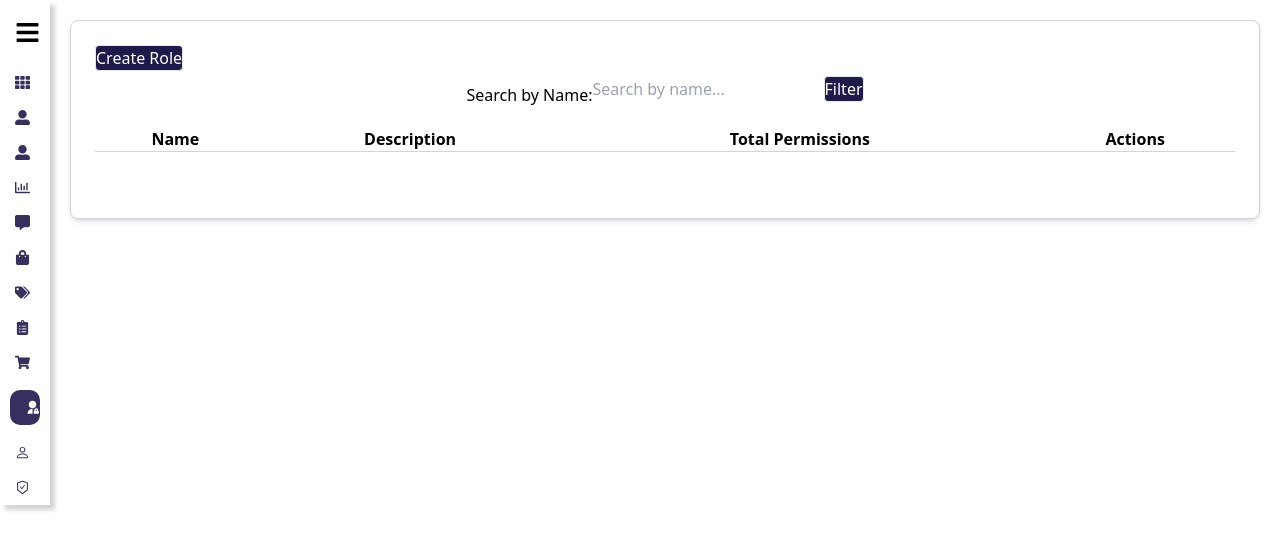
Repository: Andarg01/Admin
Page: /roles
The author's editor kept a copy of each file at every save. The page is drawn from the files as they stood at one save, then again after the next save.
The browser window is 1280 px wide. The pictures show the whole page.
The page's requests for data from a server got no answer. The project was rebuilt for these pictures with package versions that can differ from the ones it lists, and the page was loaded fresh each time. No one was signed in, and anything a server would have sent is missing. Also part of the build but not shown: src/styles/analytics.css, src/pages/Analytics.tsx, src/pages/Dashboard.tsx, src/styles/productList.css, src/components/OrderModal.tsx, src/components/OrderTable.tsx, src/pages/Orders.tsx, src/components/CategoryModal.tsx and 16 more.

Above is the page before, as saved 2024-02-29 21:53:12.

After the next save:
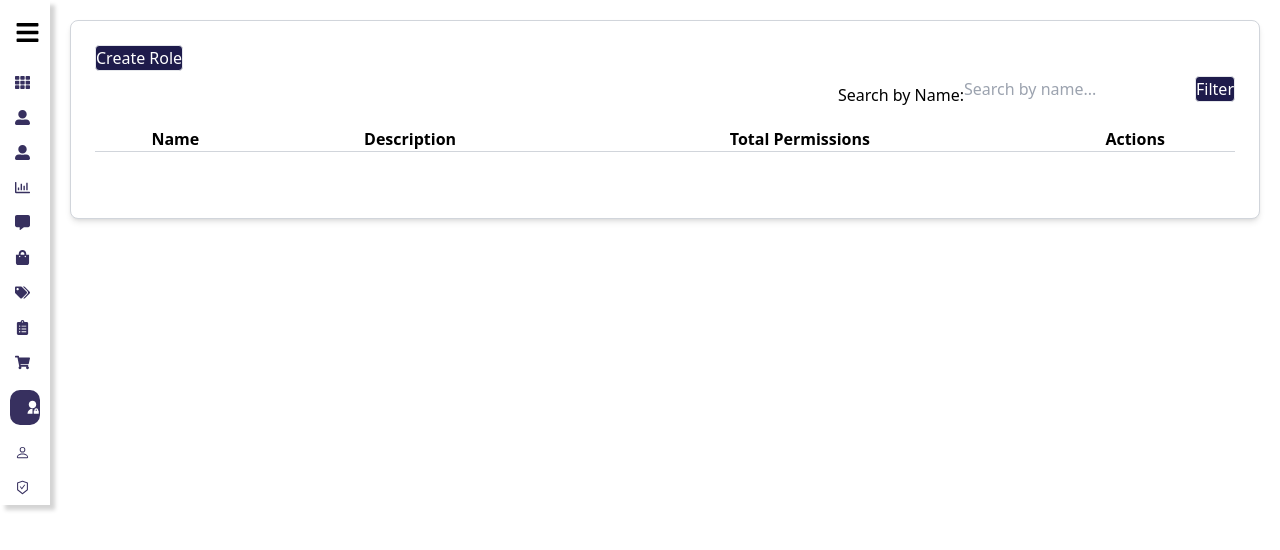
Saved 79 min 27 s later.
--- a/src/components/RoleTable.tsx
+++ b/src/components/RoleTable.tsx
@@ -73,7 +73,7 @@ const RoleTable: React.FC = () => {
       >
         Create Role
       </button>
-      <div className="mb-5 flex justify-center items-center">
+      <div className="mb-5 flex justify-end items-center">
         <p className="mt-3">Search by Name:</p>
         <input
           type="text"
